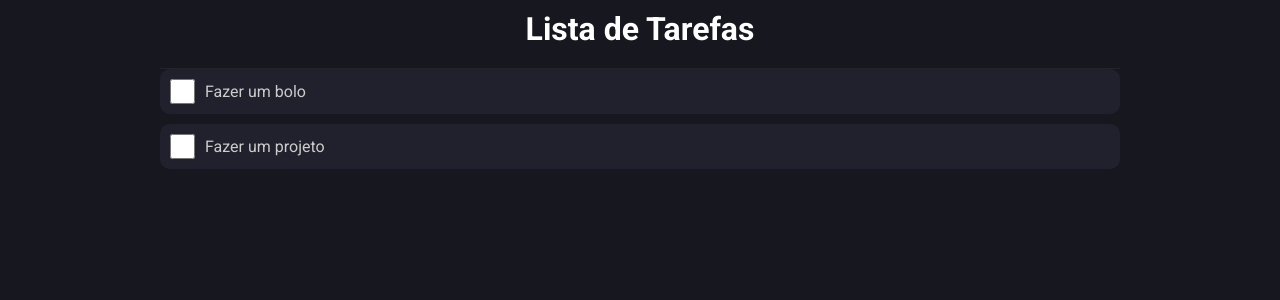
Repository: guilhermecardoso93/todolist-app
Page: /
The author's editor kept a copy of each file at every save. The page is drawn from the files as they stood at one save, then again after the next save.
The browser window is 1280 px wide. The pictures show the whole page.
The project was rebuilt for these pictures with package versions that can differ from the ones it lists, and the page was loaded fresh each time. Also part of the build but not shown: vite.config.ts.

Above is the page before, as saved 2022-11-12 22:13:05.

### index.html
<!DOCTYPE html>
<html lang="en">
  <head>
    <meta charset="UTF-8" />
    <meta name="viewport" content="width=device-width, initial-scale=1.0" />
    <link rel="preconnect" href="https://fonts.googleapis.com">
    <link rel="preconnect" href="https://fonts.gstatic.com" crossorigin>
    <link
      href="https://fonts.googleapis.com/css2?family=Roboto:wght@400;500;700&display=swap"
      rel="stylesheet">
    <title>ToDo List</title>
  </head>
  <body>
    <div id="root"></div>
    <script type="module" src="/src/main.tsx"></script>
  </body>
</html>

### src/main.tsx
import React from 'react'
import ReactDOM from 'react-dom/client'
import {App} from './App'

import '../global.css'


ReactDOM.createRoot(document.getElementById('root') as HTMLElement).render(
  <React.StrictMode>
    <App />
  </React.StrictMode>
)

### src/App.tsx
import { useState } from "react";
import { Area, Container, Header } from "./App.styles";
import { ListTask } from "./components/ListTask";
import { Item } from "./types/Item";

export function App() {
  const [list, setList] = useState<Item[]>([
    {
      id: 1,
      task: "Fazer um bolo",
      isDone: false,
    },
    {
      id: 2,
      task: "Fazer um projeto",
      isDone: false,
    },
  ]);

  return (
    <Container>
      <Area>
        <Header>Lista de Tarefas</Header>

       {list.map((task) => (
        <ListTask  task={task} key={task.id}/>
       ))}
      </Area>
    </Container>
  );
}

### global.css
* {
  box-sizing: border-box;
  margin: 0;
  padding: 0;

  font-family: 'Roboto', sans-serif;
}

### src/App.styles.ts
import styled from "styled-components";

export const Container = styled.div`
  background-color: #17181f;
  color: #797a81;
  min-height: 100vh;
`;

export const Area = styled.div`
  margin: auto;
  max-width: 980px;
  padding: 10px;
`;

export const Header = styled.h1`
  margin: 0;
  padding: 0;
  text-align: center;
  color: #fff;
  border-bottom: 1px solid #4444;
  padding-bottom: 20px;
`;

### src/components/ListTask/index.tsx
import { useState } from "react";
import { Container } from "./ListTask.styles";
import { Item } from "../../types/Item";

type Props = {
  task: Item
  onChange: (id: number, done: boolean) => void
}

export function ListTask({ task, onChange }: Props) {
  const [ isChecked, setIsChecked] = useState(task.isDone)

  return (
    <Container isDone={isChecked}>
     <input
      type='checkbox'
      checked={isChecked}
      onChange={e => onChange(task.id, e.target.checked)}
      />
     <label>{task.task}</label>
    </Container>
  )
}

### src/components/ListTask/ListTask.styles.ts
import styled from "styled-components";

type ContainerProps = {
  isDone: boolean;
};

export const Container = styled.div(
  ({ isDone }: ContainerProps) =>
    `display: flex;
  background-color: #20212c;
  padding: 10px;
  margin-bottom: 10px;
  border-radius: 10px;
  align-items: center;

  input {
    width: 25px;
    height: 25px;
    margin-right: 10px;
  }

  label {
    color: #ccc;
    text-decoration: ${isDone ? "line-through" : "initial"}
  }`
);

After the next save:
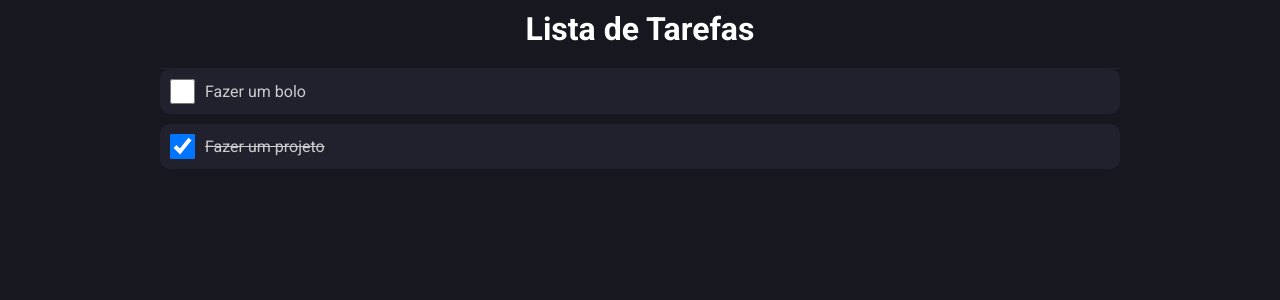
Saved 108 s later.
--- a/src/App.tsx
+++ b/src/App.tsx
@@ -13,7 +13,7 @@ export function App() {
     {
       id: 2,
       task: "Fazer um projeto",
-      isDone: false,
+      isDone: true,
     },
   ]);
 
